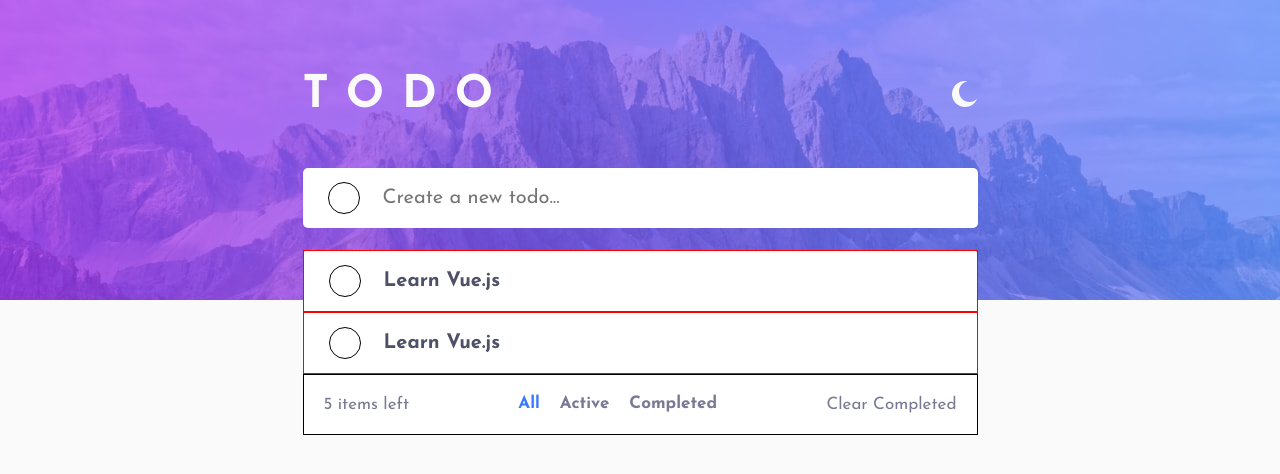
Repository: tomas938/todo-app
Page: /
An editor plug-in stored every save of this project. The page is shown before and after the next save, followed by the edit.
The browser window is 1280 px wide. The pictures show the whole page.
The project was rebuilt for these pictures with package versions that can differ from the ones it lists, and the page was loaded fresh each time.

Above is the page before, as saved 2021-08-18 12:09:55.

After the next save:
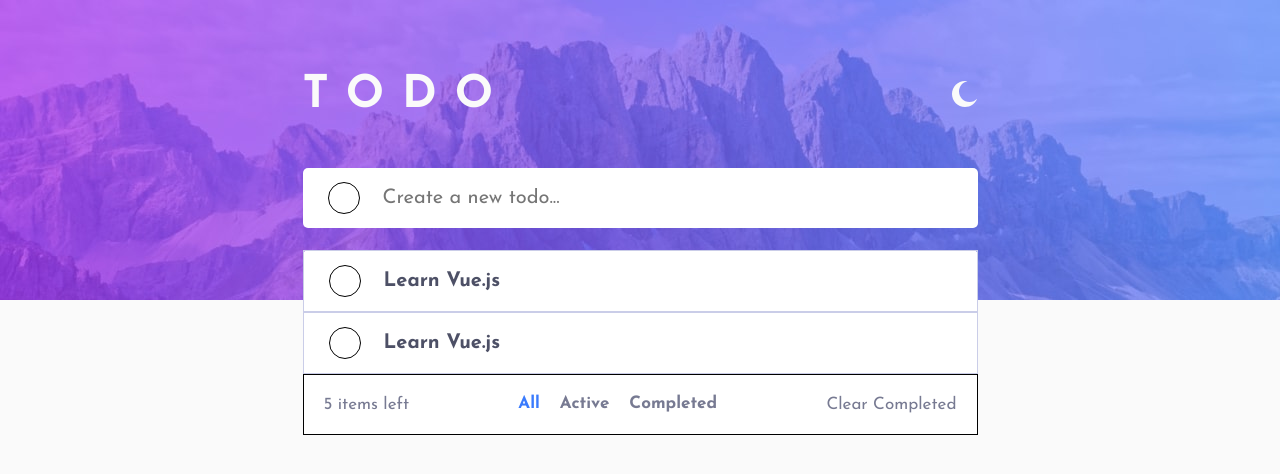
Saved 13 s later.
--- a/src/App.vue
+++ b/src/App.vue
@@ -9,13 +9,13 @@
 		--items-bg-color: hsl(235, 24%, 19%);
 		--body-bg: hsl(235, 21%, 11%);
 		--todo-text: hsl(233, 14%, 35%);
-		--todo-border: red;
+		--todo-border: hsl(234, 39%, 85%);
 	}
 	.light {
 		--items-bg-color: hsl(0, 0%, 100%);
 		--body-bg: hsl(0, 0%, 98%);
 		--todo-text: hsl(233, 14%, 35%);
-		--todo-border: red;
+		--todo-border: hsl(234, 39%, 85%);
 	}
 }
 * {
